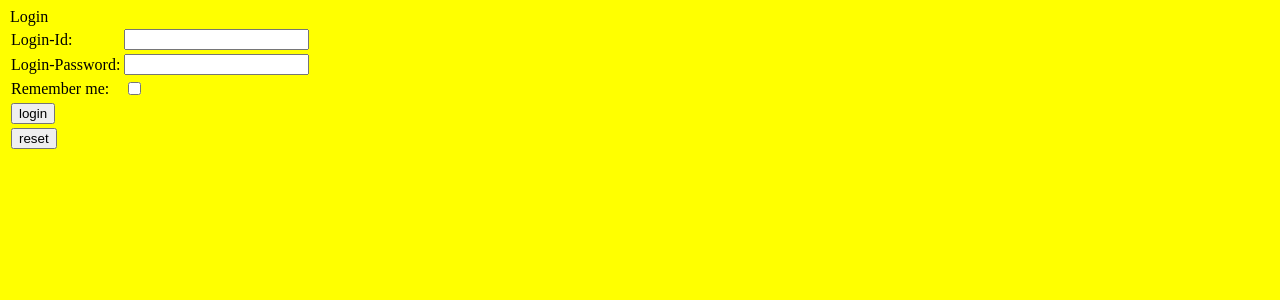
Repository: pawankumarsharm/UST_JDBC_SERVLET
Page: jdbc/empwebapp/WebContent/login.html
An editor plug-in stored every save of this project. The page is shown before and after the next save, followed by the edit.
The browser window is 1280 px wide. The pictures show the whole page.

Above is the page before, as saved 2019-11-15 09:44:03.

After the next save:
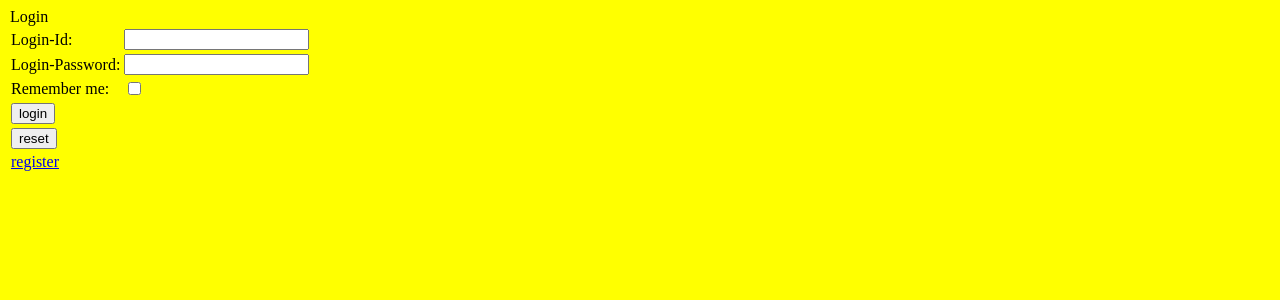
Saved 119 s later.
--- a/jdbc/empwebapp/WebContent/login.html
+++ b/jdbc/empwebapp/WebContent/login.html
@@ -30,8 +30,9 @@
 
 
 <td><input type="submit" value ="reset"><br></td>
-
-
+<tr>
+<td><a href="#">register</a></td>
+</tr>
 
 
 
